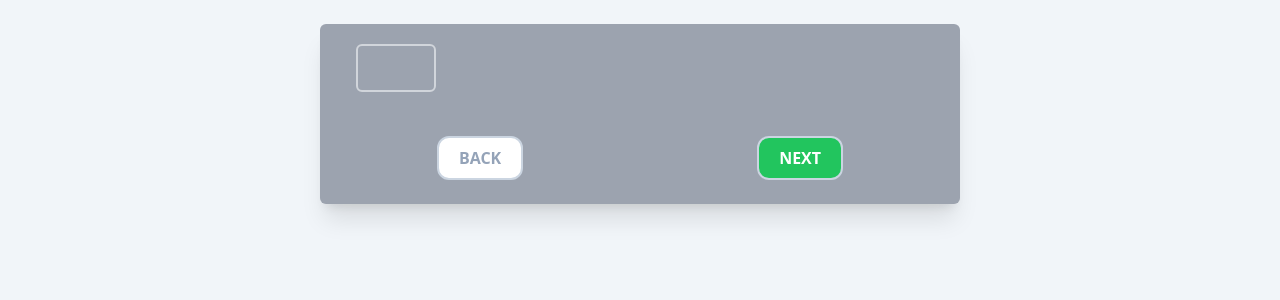
Repository: OmniaRafat232111121/reactstepper
Page: /
The author's editor kept a copy of each file at every save. The page is drawn from the files as they stood at one save, then again after the next save.
The browser window is 1280 px wide. The pictures show the whole page.
The project was rebuilt for these pictures with package versions that can differ from the ones it lists, and the page was loaded fresh each time. Also part of the build but not shown: src/App.css.

Above is the page before, as saved 2023-02-22 00:02:22.

After the next save:
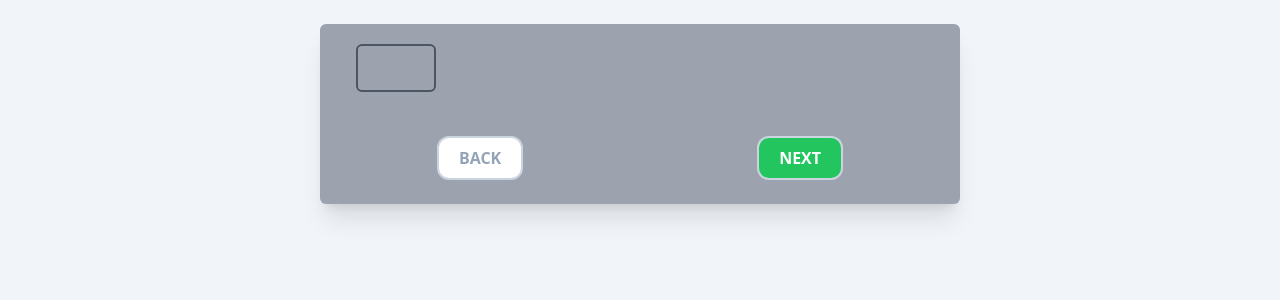
Saved 4 s later.
--- a/src/Component/Stepper.js
+++ b/src/Component/Stepper.js
@@ -4,7 +4,7 @@
   return (
     <div className=' mx-4 my-6 p-5 flex justify-between items-center'>
         <div className='relative flex flex-col items-center text-teal-500'>
-        <div className='rounded-full transition duration-200 ease-in-out rounded-md border-2 border-gray-300 h-12 w-20 flex items-center justify-center py-3'>{/* Display number*/ }
+        <div className='rounded-full transition duration-200 ease-in-out rounded-md border-2 border-gray-600 h-12 w-20 flex items-center justify-center py-3'>{/* Display number*/ }
         </div>
       <div>
         {/* Display decsription*/ }

After the save that followed:
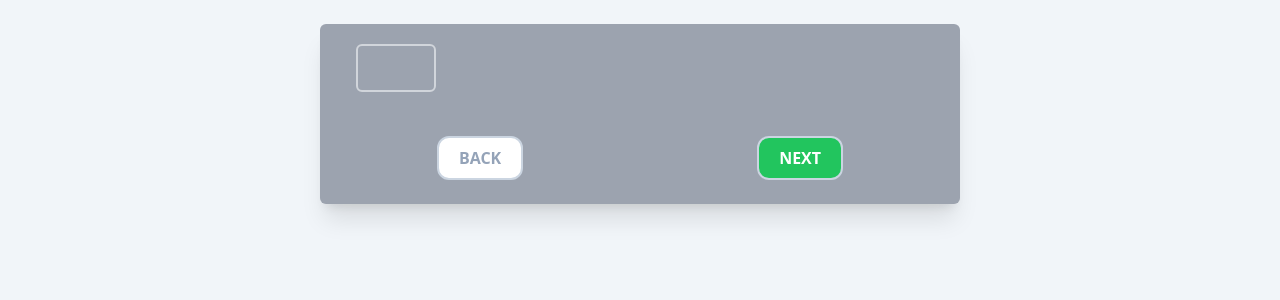
Saved 8 s later.
--- a/src/Component/Stepper.js
+++ b/src/Component/Stepper.js
@@ -4,7 +4,7 @@
   return (
     <div className=' mx-4 my-6 p-5 flex justify-between items-center'>
         <div className='relative flex flex-col items-center text-teal-500'>
-        <div className='rounded-full transition duration-200 ease-in-out rounded-md border-2 border-gray-600 h-12 w-20 flex items-center justify-center py-3'>{/* Display number*/ }
+        <div className='rounded-full transition duration-200 ease-in-out rounded-md border-2 border-gray-300 h-12 w-20 flex items-center justify-center py-3'>{/* Display number*/ }
         </div>
       <div>
         {/* Display decsription*/ }
